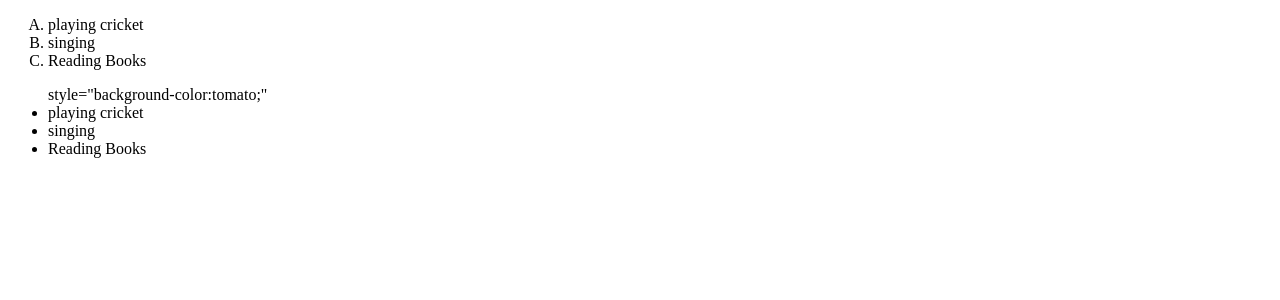
Repository: pranavi481/Assignments
Page: orderedlist.html
The author's editor kept a record of every edit. The page is drawn from the files as they stood at one moment, then again after the next edit.
The browser window is 1280 px wide. The pictures show the whole page.

Above is the page before.

After the next edit:
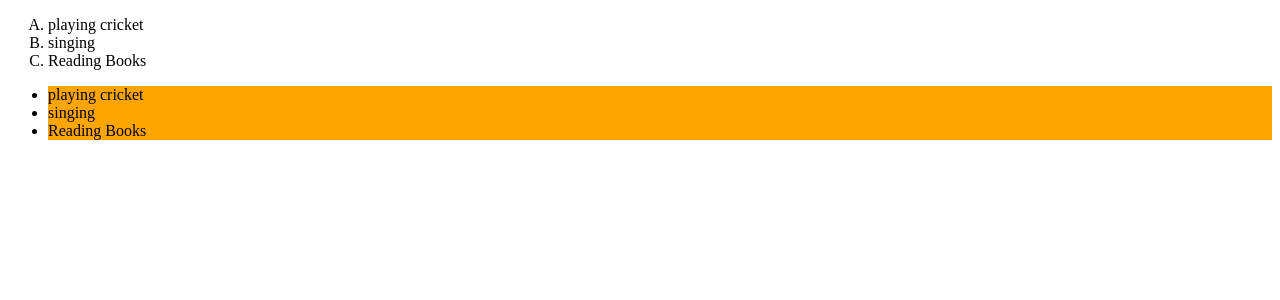
The edit:
--- a/orderedlist.html
+++ b/orderedlist.html
@@ -10,7 +10,7 @@
             <li> singing </li>
             <li> Reading Books </li>
         </ol>
-        <ul>  <div>style="background-color:tomato;"
+        <ul>  <div style="background-color:orange;">
             <li> playing cricket </li>
             <li> singing </li>
             <li> Reading Books </li></div>
